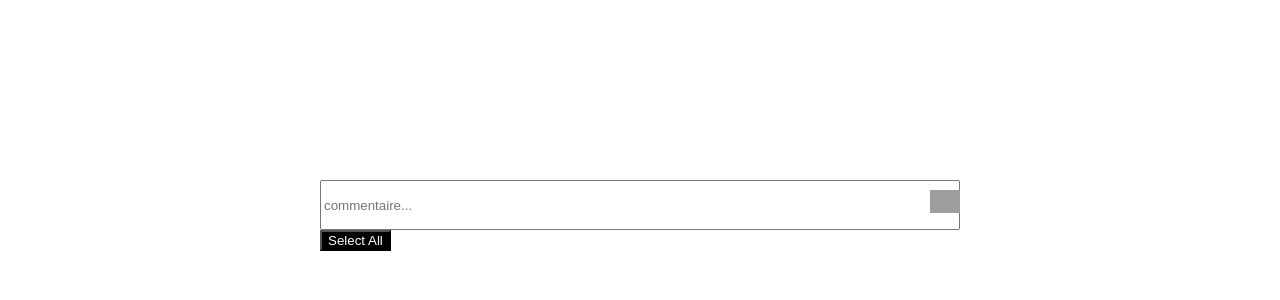
Repository: lucasiscovici/mc
Page: TwisterV2/WebContent/templates/commentaire.html
An editor plug-in stored every save of this project. The page is shown before and after the next save, followed by the edit.
The browser window is 1280 px wide. The pictures show the whole page.
Pictures or frames that could not be fetched are drawn as grey boxes.

Above is the page before, as saved 2017-04-16 16:22:49.

### TwisterV2/WebContent/templates/commentaire.html
<div id="listCommentaire" class="hidden modale" style="position:fixed;width:50vw;height: 50vh;top:25%;left:25%;background-color: #FFFFFF;z-index: 27777;" data-index="-1">
	<img  onclick="$('#listCommentaire').toggleClass('hidden')" style="position: absolute; top: 0; right: 0; margin-top: 10px;" width="30px" src="{{baseImg}}fermer.png" />
	<div>
		<input type="text" class="hidden" name="newCommentaire" id="newCommentaire" style="width: 100%; height: 50px;" placeholder="commentaire..." />
		<button style="margin-right: 30px;background-color:black;color:white; " class="btn btn-primary" type="button" id="cl" onclick="editor2.selectAll()">Select All</button>
	</div>
</div>



 <style>
	.hh{
		height:90vh !important;
	}
	#editor{
		z-index: 999;
		height: 150px;
	}
	#form_post{
		z-index: 999;
	}
	.langageSelect {
		margin-left: 30px;
		background-color: #3B5999;
		color: #ffffff;
		height: 35px;
	}
	.inputTitle {
		border: 0;
		color: #000000;
		left: 50%;
		width: 100%;
		text-align: center;
		height: 30px;
		vertical-align: middle;
		background-color: white;
	}
</style>

After the next save:
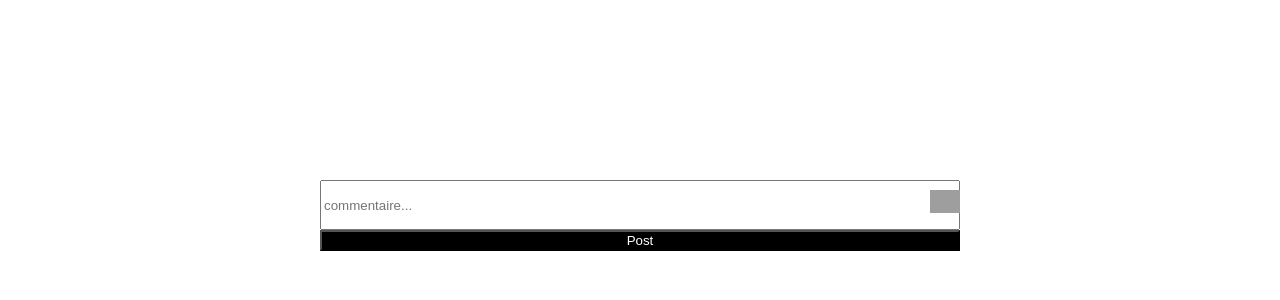
Saved 2 min 11 s later.
--- a/TwisterV2/WebContent/templates/commentaire.html
+++ b/TwisterV2/WebContent/templates/commentaire.html
@@ -2,7 +2,7 @@
 	<img  onclick="$('#listCommentaire').toggleClass('hidden')" style="position: absolute; top: 0; right: 0; margin-top: 10px;" width="30px" src="{{baseImg}}fermer.png" />
 	<div>
 		<input type="text" class="hidden" name="newCommentaire" id="newCommentaire" style="width: 100%; height: 50px;" placeholder="commentaire..." />
-		<button style="margin-right: 30px;background-color:black;color:white; " class="btn btn-primary" type="button" id="cl" onclick="editor2.selectAll()">Select All</button>
+		<button style=" width: 100%;margin-right: 30px;background-color:black;color:white; " class="btn btn-primary" type="button" id="newComm">Post</button>
 	</div>
 </div>
 
